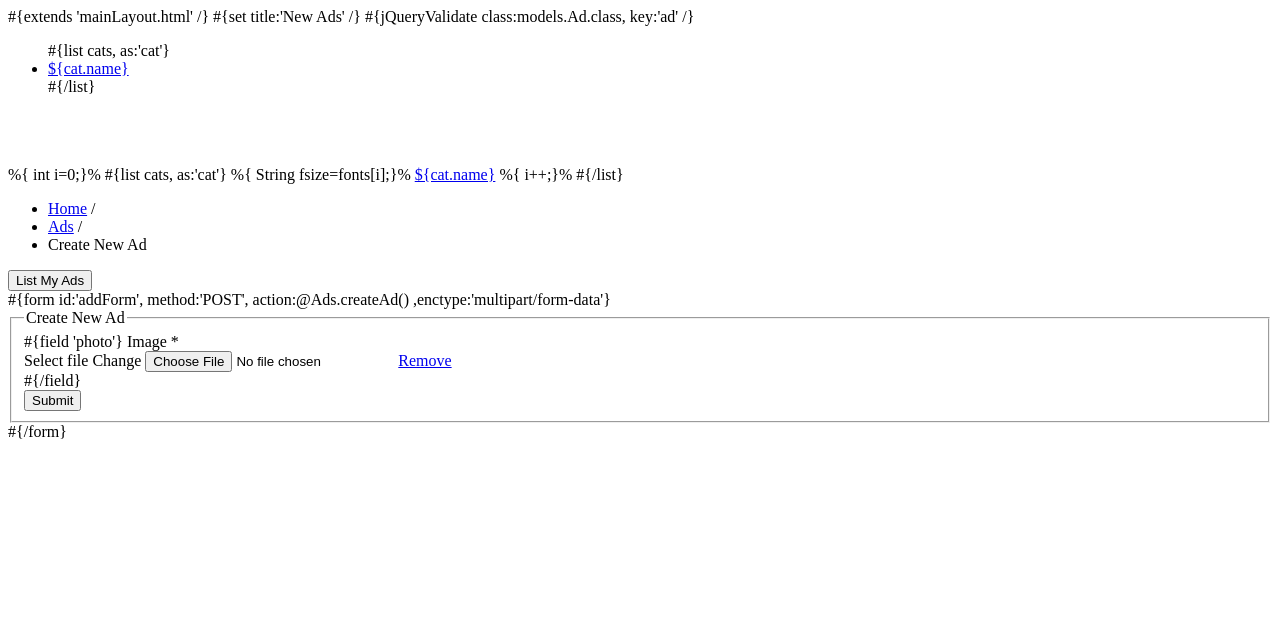
Repository: Maalejm/SEBA
Page: SlifeWebSite/app/views/Ads/newAd.html
These files come from the project's save history. The page is drawn as it stood at one moment and after the next save; the edit follows.
The browser window is 1280 px wide. The pictures show the whole page.

Above is the page before, as saved 2013-06-18 09:48:51.

### SlifeWebSite/app/views/Ads/newAd.html
#{extends 'mainLayout.html' /}
#{set title:'New Ads' /}


#{jQueryValidate class:models.Ad.class, key:'ad' /}

 <div class="container-fluid">
            <div class="row-fluid">
                <div class="span2">

                    <ul class="nav nav-list">
                        #{list cats, as:'cat'}
                         <li
                         %{ if(cat.id==1) { }%
                          class="active"
                         %{ } }%
                         ><a class="catNav" href="${cat.id}">${cat.name}</a></li>
                        #{/list}

                    </ul>

                    <div>
                    <br/>
                    <br/>
                    <br/>

                    %{ int i=0;}%
                    #{list cats, as:'cat'}
                       %{ String fsize=fonts[i];}%
                       <span style="font-size:${fsize}px;"><a class="catNav" href="${cat.id}">${cat.name}</a></span>
                      %{ i++;}%
                    #{/list}
                    </div>
                    <!--Sidebar content-->
                </div>
                <div class="span10">
                    <ul class="breadcrumb">
                        <li><a href="#">Home</a> <span class="divider">/</span></li>
                        <li><a href="#">Ads</a> <span class="divider">/</span></li>
                        <li class="active">Create New Ad</li>
                    </ul>

                    <div class="btn-group">
                        <button class="btn">List My Ads</button>
                    </div>




                    #{form id:'addForm', method:'POST', action:@Ads.createAd() ,enctype:'multipart/form-data'}
                        <fieldset>
                            <legend>Create New Ad</legend>
                            <!-- #{ifErrors}
								<div class="error">
   									 <h2>Oops, please correct these errors</h2>
								</div>
							#{/ifErrors}
 -->
                             <!-- #{field 'ad.category.id'}
        						<div class="field">
            					<label for="${field.id}">Category * : </label>
            					<select id="${field.id}"  name="${field.name}" class="span5 ${field.errorClass}" >

                                #{list cats, as:'cat'}
                                <option value="${cat.id}">${cat.name}</option>
                    		    #{/list}
                          	  </select>

						 	 </div>
      					   #{/field}
							#{field 'ad.headline'}
                            <label for="${field.id}" >Head line *</label>
                             <input id="${field.id}" value="${field.value}"  name="${field.name}" class="span5 ${field.errorClass}" type="text" class="span5" placeholder="Descripe your ad">

                            #{/field}
                            #{field 'ad.address'}
                            <label for="${field.id}" >Address *</label>
                             <input id="${field.id}" value="${field.value}"  name="${field.name}" class="span5 ${field.errorClass}" type="text" class="span5" placeholder="Type an address here">

                            #{/field}

                            #{field 'ad.link'}
                            <label for="${field.id}" >URL *</label>
                             <div class=" input-prepend">
                                    <span class="add-on">http://</span>
                             <input id="${field.id}" value="${field.value}"  name="${field.name}" class="input_text ${field.errorClass}" type="text" class="span5" placeholder="Type an address here">
                             </div>

                            #{/field}
                            -->

                            #{field 'photo'}
                            <label for="${field.id}" >Image *</label>

                             <div class="fileupload fileupload-new" data-provides="fileupload">
  								<div class="input-append">
   								 <div class="uneditable-input span3"><i class="icon-file fileupload-exists">
   								 </i> <span class="fileupload-preview"></span></div><span class="btn btn-file">
   								 <span class="fileupload-new">Select file</span>
   								 <span class="fileupload-exists">Change</span>
   								 <input type="file" id="${field.id}" value="${field.value}"  name="${field.name}" class="${field.errorClass}" /></span><a href="#" class="btn fileupload-exists" data-dismiss="fileupload">Remove</a>


  								</div>

							</div>


                            #{/field}


                            <!--  #{field 'ad.description'}
                            <label for="${field.id}" >Details *</label>
                                <textarea rows="6"  id="${field.id}"   name="${field.name}" class="input_textarea ${field.errorClass}">${field.value}</textarea>

                            #{/field} -->

                                  <br/>



                                  <div class="form-actions">
                                      <input type="submit" class="btn btn-primary"/>

                                  </div>
                        </fieldset>
                    #{/form}



                    <!--Body content-->
                </div>
            </div>
        </div>

After the next save:
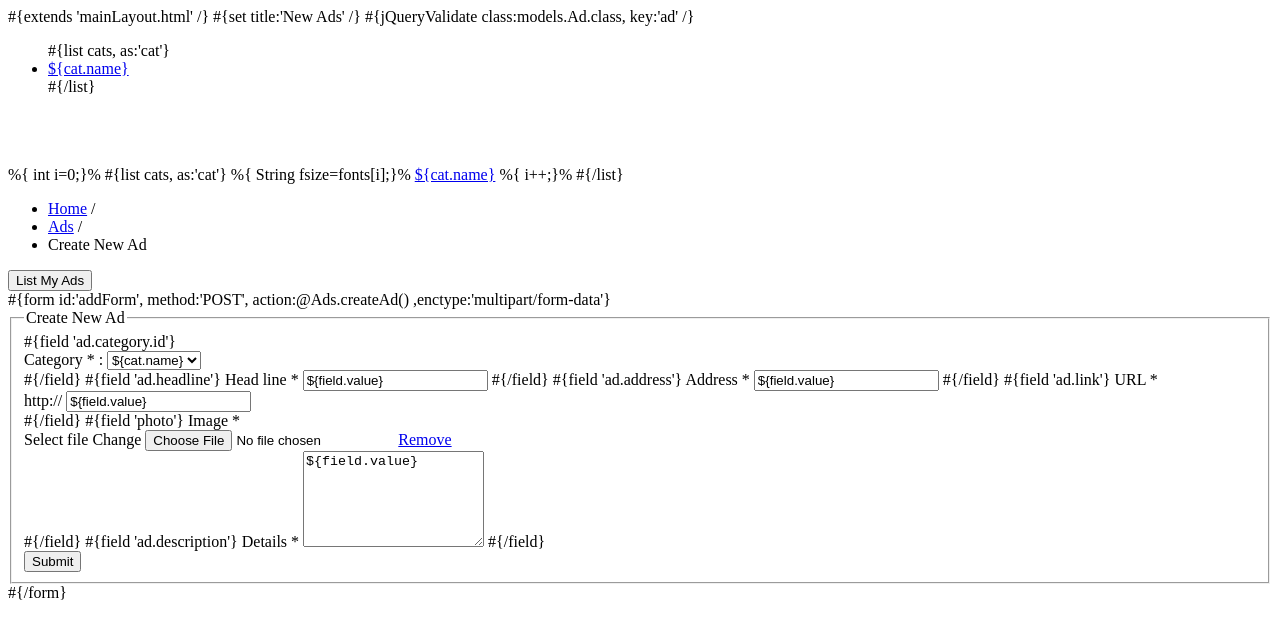
Saved 52 s later.
--- a/SlifeWebSite/app/views/Ads/newAd.html
+++ b/SlifeWebSite/app/views/Ads/newAd.html
@@ -56,7 +56,7 @@
 								</div>
 							#{/ifErrors}
  -->
-                             <!-- #{field 'ad.category.id'}
+                              #{field 'ad.category.id'}
         						<div class="field">
             					<label for="${field.id}">Category * : </label>
             					<select id="${field.id}"  name="${field.name}" class="span5 ${field.errorClass}" >
@@ -87,7 +87,7 @@
                              </div>
 
                             #{/field}
-                            -->
+
 
                             #{field 'photo'}
                             <label for="${field.id}" >Image *</label>
@@ -109,11 +109,11 @@
                             #{/field}
 
 
-                            <!--  #{field 'ad.description'}
+                             #{field 'ad.description'}
                             <label for="${field.id}" >Details *</label>
                                 <textarea rows="6"  id="${field.id}"   name="${field.name}" class="input_textarea ${field.errorClass}">${field.value}</textarea>
 
-                            #{/field} -->
+                            #{/field}
 
                                   <br/>
 
